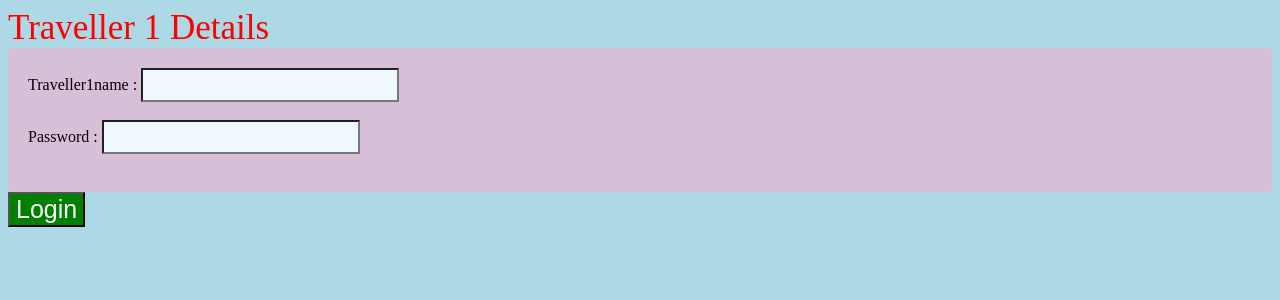
Repository: KanimozhiThandapani/Phase2AirlineBookingProject
Page: http://localhost/AirlineBooking/registrationPage.jsp
The author's editor kept a copy of each file at every save. The page is drawn from the files as they stood at one save, then again after the next save.
The browser window is 1280 px wide. The pictures show the whole page.
The page is served by Tomcat 9.

Above is the page before, as saved 2022-04-26 07:29:41.

After the next save:
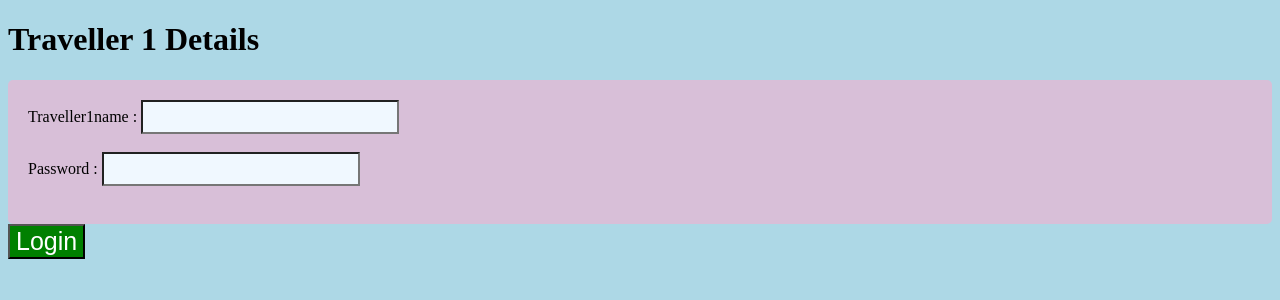
Saved 9 s later.
--- a/AirlineBooking/WebContent/registrationPage.jsp
+++ b/AirlineBooking/WebContent/registrationPage.jsp
@@ -31,7 +31,7 @@ h3 {
 </head>
 <body style="background-color:lightblue;">
 <form action="bookedFlights" method="get">
-   <h>Traveller 1 Details</h>
+   <h1>Traveller 1 Details</h1>
 
    <div>
     <label>Traveller1name :</label>
